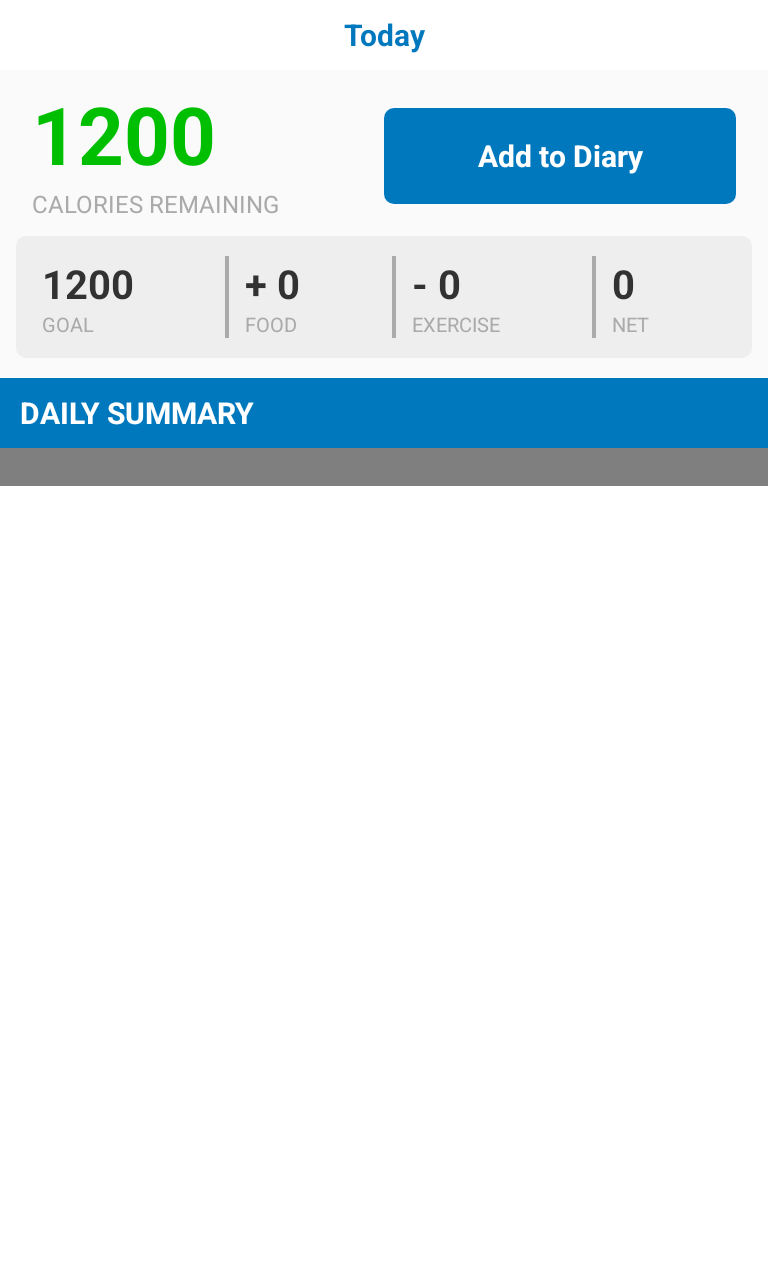
Repository: JieD/nutriy
Layout: NutriY/res/layout/activity_home_page.xml
An editor plug-in stored every save of this project. The layout is shown before and after the next save, followed by the edit.
Pictures or frames that could not be fetched are drawn as grey boxes. It is drawn on a 768 x 1280 px phone screen (xhdpi) without system bars, with theme AppTheme; the app's code is not run. Lists and similar views that code fills are empty.

Above is the layout before, as saved 2014-05-08 21:03:16.

After the next save:
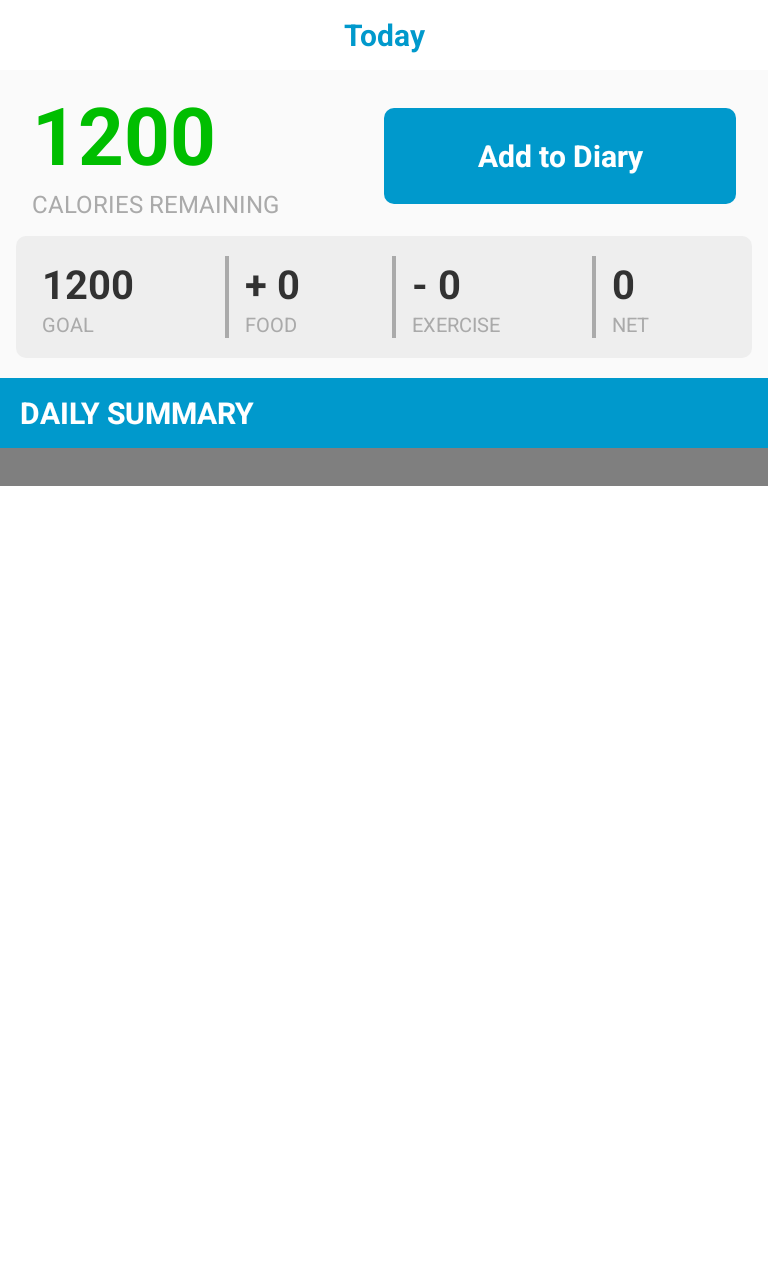
Saved 36 s later.
--- a/NutriY/res/values/colors.xml
+++ b/NutriY/res/values/colors.xml
@@ -3,7 +3,7 @@
     <color name="white">#FFFFFFFF</color>
     <color name="my_green">#FF00BE00</color>
     <color name="my_red">#FFFF0000</color>
-    <color name="my_blue">#FF0078BE</color>
+    <color name="my_blue">#FF0099CC</color>
     <color name="light_blue">#FFE1EEFF</color>
     <color name="low_light_gray">#FFFAFAFA</color>
     <color name="mid_light_gray">#FFEEEEEE</color>

After the 2 saves that followed:
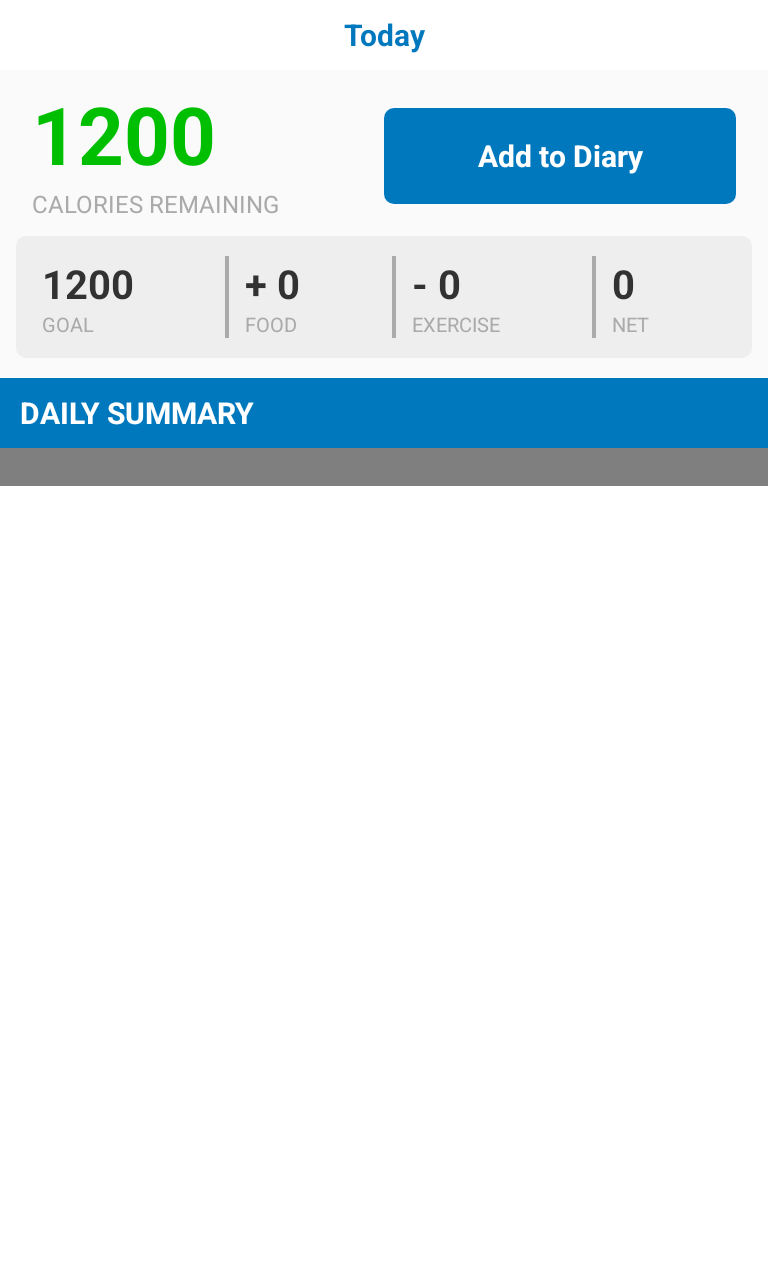
The 2 saves are shown as one change because 1 left the picture as it was.
The last was saved 2 min 20 s later.
--- a/NutriY/res/values/colors.xml
+++ b/NutriY/res/values/colors.xml
@@ -3,7 +3,7 @@
     <color name="white">#FFFFFFFF</color>
     <color name="my_green">#FF00BE00</color>
     <color name="my_red">#FFFF0000</color>
-    <color name="my_blue">#FF0099CC</color>
+    <color name="my_blue">#FF0078BE</color>
     <color name="light_blue">#FFE1EEFF</color>
     <color name="low_light_gray">#FFFAFAFA</color>
     <color name="mid_light_gray">#FFEEEEEE</color>
